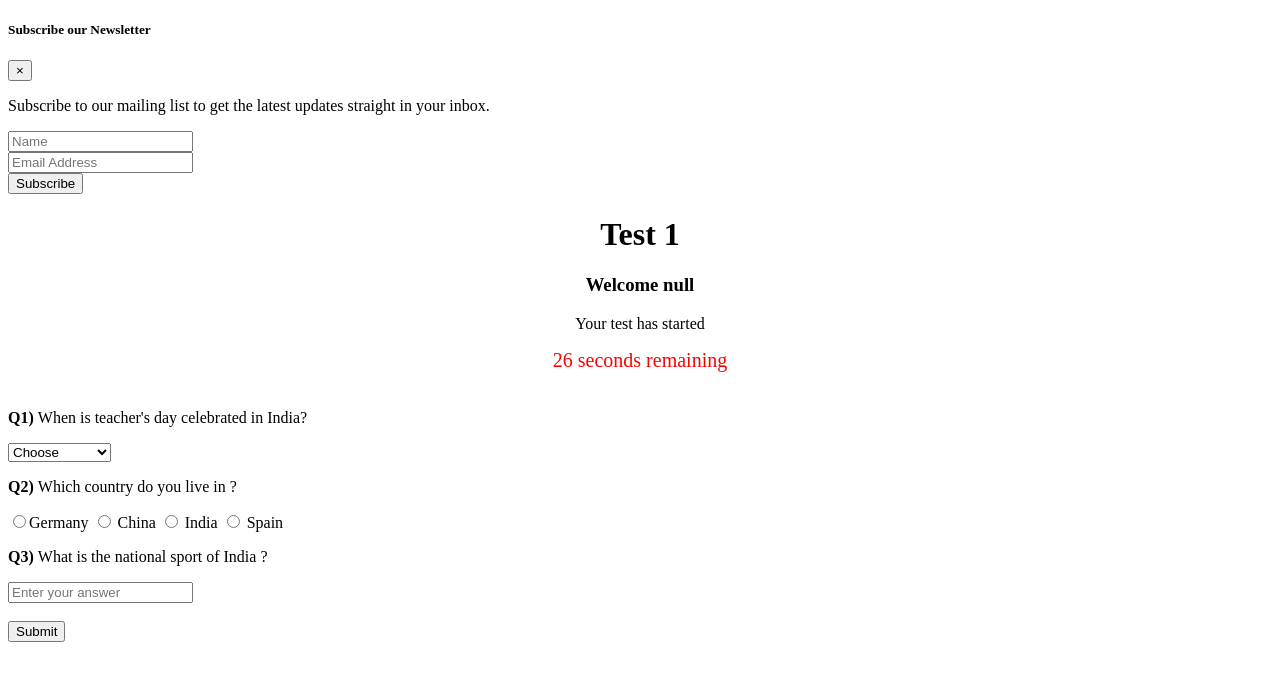
Repository: MriOj/OnlineExamPortal
Page: http://localhost/ExamPortal/test1.jsp
The author's editor kept a copy of each file at every save. The page is drawn from the files as they stood at one save, then again after the next save.
The browser window is 1280 px wide. The pictures show the whole page.
The page is served by Tomcat 9. Other server files are loaded and not shown.

Above is the page before, as saved 2021-09-07 06:04:00.

### ExamPortal/src/main/webapp/test1.jsp
<%@ page language="java" contentType="text/html; charset=ISO-8859-1"
    pageEncoding="ISO-8859-1"%>
<!DOCTYPE html>
<html>
<head>
<meta charset="ISO-8859-1">
<title>Test 1 </title>
<style type="text/css">
.center {
text-align: center;
}
#uid{
visibility:hidden;
}
#timer{
font-size:20px;
color:red;
}
</style>
<script src="https://code.jquery.com/jquery-3.5.1.min.js"></script>
<script src="https://stackpath.bootstrapcdn.com/bootstrap/4.5.0/js/bootstrap.min.js"></script>
</head>
<script>
$(document).ready(function(){
	$("#myModal").modal('show');
});</script>
<body>
<div id="myModal" class="modal fade">
    <div class="modal-dialog">
        <div class="modal-content">
            <div class="modal-header">
                <h5 class="modal-title">Subscribe our Newsletter</h5>
                <button type="button" class="close" data-dismiss="modal">&times;</button>
            </div>
            <div class="modal-body">
				<p>Subscribe to our mailing list to get the latest updates straight in your inbox.</p>
                <form>
                    <div class="form-group">
                        <input type="text" class="form-control" placeholder="Name">
                    </div>
                    <div class="form-group">
                        <input type="email" class="form-control" placeholder="Email Address">
                    </div>
                    <button type="submit" class="btn btn-primary">Subscribe</button>
                </form>
            </div>
        </div>
    </div>
</div>
<div class="center">
<h1 >Test 1</h1>
<h3> Welcome <%{out.println(request.getAttribute("userid"));} %></h3>
<p >Your test has started </p>
<div id="timer"></div>
</div>
<form action="than" method="post" id="yourForm">
<input type="text" id="uid" name="userid" value="<%{out.println(request.getAttribute("userid"));} %>">
<input type="text" id="uid" name="test" value="1">
<p><b>Q1) </b>When is teacher's day celebrated in India?</p>
 <select name="Q1">
        <option value="choose" >Choose</option>
        <option value="A" >5 September</option>
        <option value="B" >15 August</option>
        <option value="C" >14 November</option>
        <option value="D" >26 January</option>
    </select>

<p><b>Q2) </b>Which country do you live in  ?</p>
    <input type="radio" value="A" name="Q2" >Germany
    <input type="radio" value="B" name="Q2"> China
    <input type="radio" value="C" name="Q2">  India
    <input type="radio" value="D" name="Q2"> Spain

<p><b>Q3) </b>What is the national sport of India  ?</p>
     <input type="text" name="Q3" placeholder= "Enter your answer" /> <br><br>
<input type="submit"></input>
</form>

</body>
<script>
var timeLeft = 30;
var elem = document.getElementById('timer');
var timerId = setInterval(countdown, 1000);

function countdown() {
    if (timeLeft == -1) {
        clearTimeout(timerId);
        doSomething();
    } else {
        elem.innerHTML = timeLeft + ' seconds remaining';
        timeLeft--;
    }
}
function doSomething() {
	alert("Test Submitted")
    document.getElementById('yourForm').submit();;
}

</script>
</html>

After the next save:
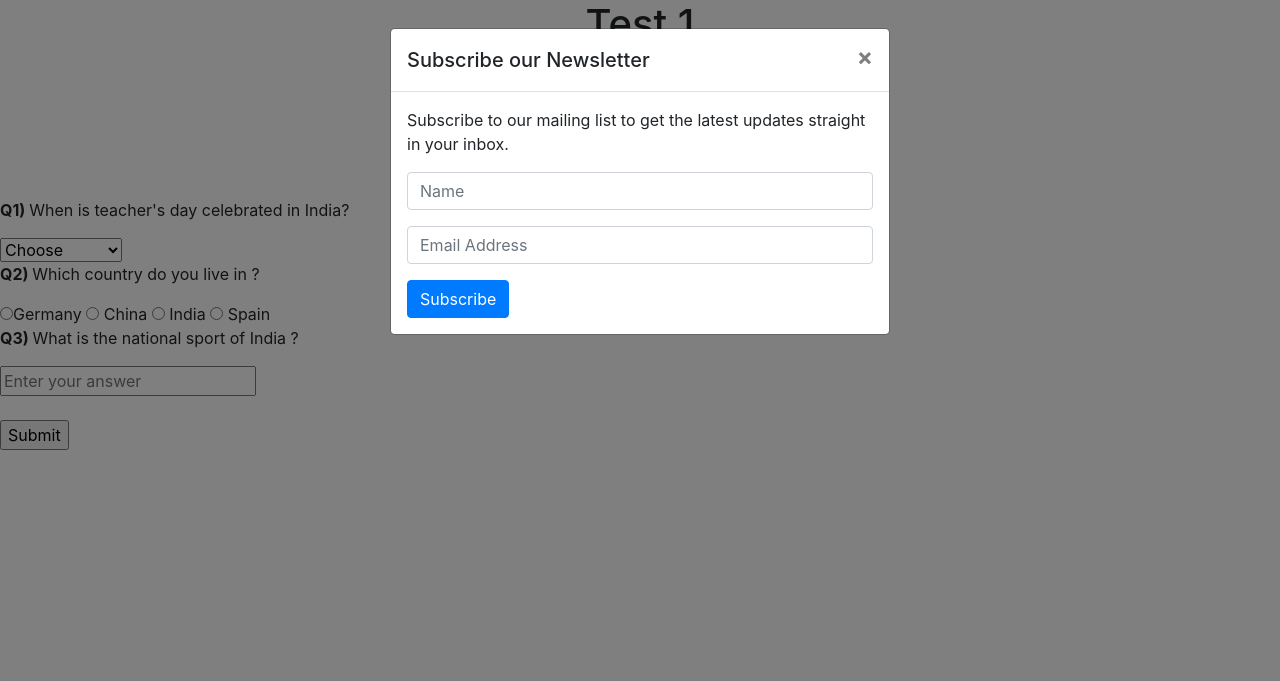
Saved 65 s later.
--- a/ExamPortal/src/main/webapp/test1.jsp
+++ b/ExamPortal/src/main/webapp/test1.jsp
@@ -17,6 +17,7 @@
 color:red;
 }
 </style>
+<link rel="stylesheet" href="https://stackpath.bootstrapcdn.com/bootstrap/4.5.0/css/bootstrap.min.css">
 <script src="https://code.jquery.com/jquery-3.5.1.min.js"></script>
 <script src="https://stackpath.bootstrapcdn.com/bootstrap/4.5.0/js/bootstrap.min.js"></script>
 </head>

After the save that followed:
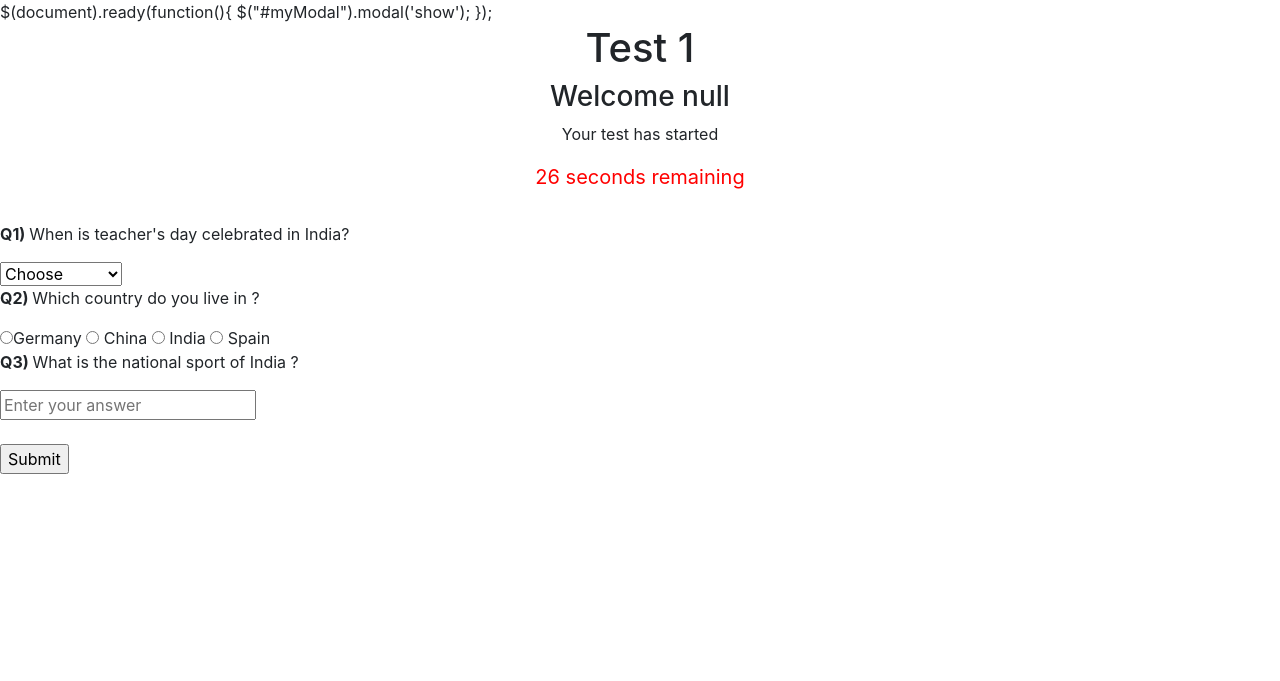
Console error: SyntaxError: Unexpected token '<'
Saved 3 min 27 s later.
--- a/ExamPortal/src/main/webapp/test1.jsp
+++ b/ExamPortal/src/main/webapp/test1.jsp
@@ -22,6 +22,11 @@
 <script src="https://stackpath.bootstrapcdn.com/bootstrap/4.5.0/js/bootstrap.min.js"></script>
 </head>
 <script>
+<script type="text/javascript">
+window.onbeforeunload = function() {
+    return "Dude, are you sure you want to leave? Think of the kittens!";
+}
+</script>
 $(document).ready(function(){
 	$("#myModal").modal('show');
 });</script>
